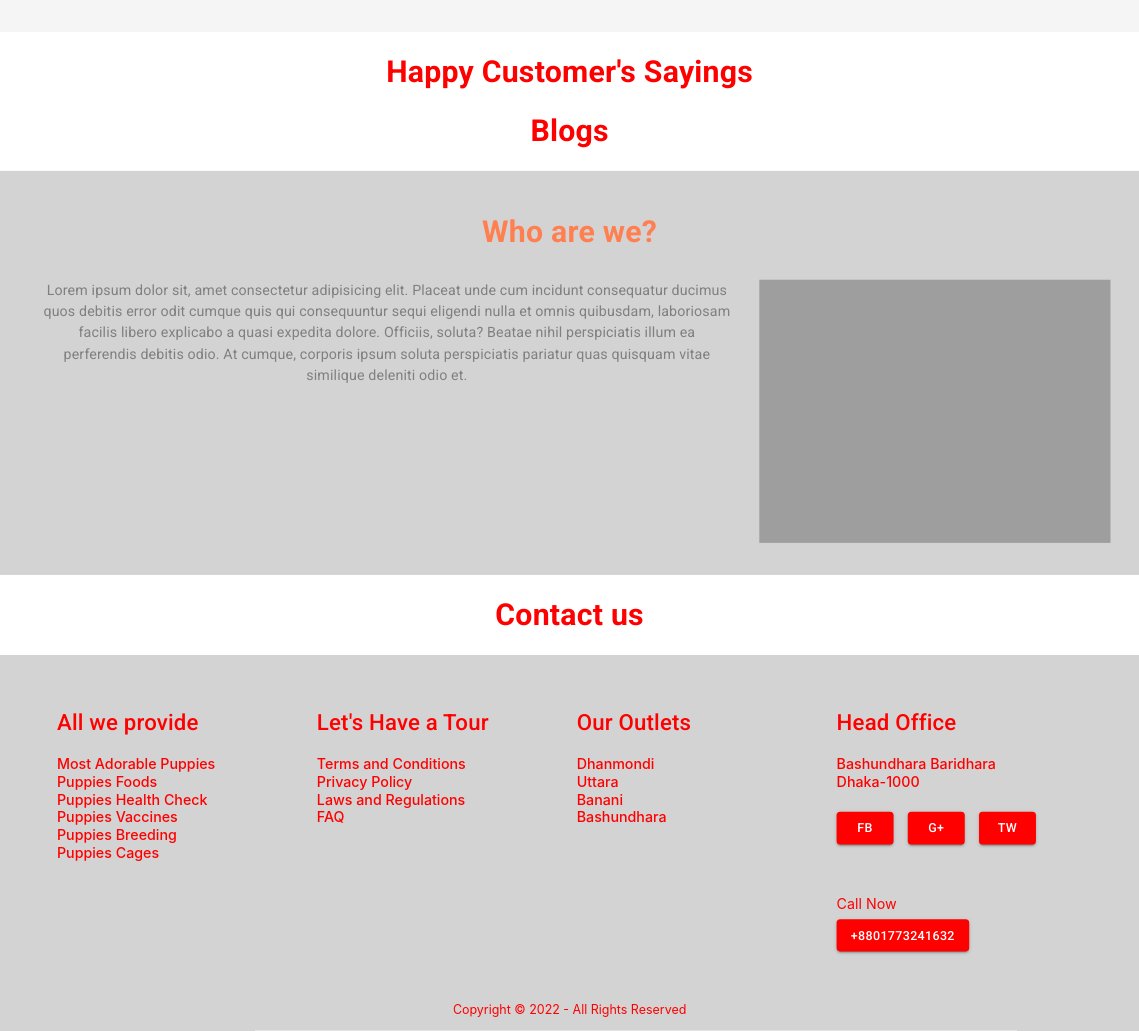
Repository: Sharif-00112/dogos-paradise-client
Page: /
These files come from the project's save history. The page is drawn as it stood at one moment and after the next save; the edit follows.
The browser window is 1280 px wide. The pictures show the part of the page from y = 1582 to 2740 px (the page is 2740 px tall), at 89% of full size.
Pictures or frames that could not be fetched are drawn as grey boxes. The page's requests for data from a server got no answer. The project was rebuilt for these pictures with package versions that can differ from the ones it lists, and the page was loaded fresh each time. No one was signed in, and anything a server would have sent is missing. Also part of the build but not shown: src/Pages/Home/Dog/Dog.js, src/Pages/Login/Login/Login.js, src/Pages/Login/Register/Register.js, src/Pages/NotFound/NotFound.js.

Above is the page before, as saved 2022-12-05 22:35:43.

### public/index.html
<!DOCTYPE html>
<html lang="en">
  <head>
    <meta charset="utf-8" />
    <link rel="icon" href="%PUBLIC_URL%/favicon.ico" />
    <meta name="viewport" content="width=device-width, initial-scale=1" />
    <meta name="theme-color" content="#000000" />
    <meta
      name="description"
      content="Web site created using create-react-app"
    />
    <link
      rel="stylesheet" href="https://fonts.googleapis.com/css?family=Roboto:300,400,500,700&display=swap"
    />

    <link rel="apple-touch-icon" href="%PUBLIC_URL%/logo192.png" />
    <!--
      manifest.json provides metadata used when your web app is installed on a
      user's mobile device or desktop. See https://developers.google.com/web/fundamentals/web-app-manifest/
    -->
    <link rel="manifest" href="%PUBLIC_URL%/manifest.json" />
    <!--
      Notice the use of %PUBLIC_URL% in the tags above.
      It will be replaced with the URL of the `public` folder during the build.
      Only files inside the `public` folder can be referenced from the HTML.

      Unlike "/favicon.ico" or "favicon.ico", "%PUBLIC_URL%/favicon.ico" will
      work correctly both with client-side routing and a non-root public URL.
      Learn how to configure a non-root public URL by running `npm run build`.
    -->
    <title>React App</title>
  </head>
  <body>
    <noscript>You need to enable JavaScript to run this app.</noscript>
    <div id="root"></div>
    <!--
      This HTML file is a template.
      If you open it directly in the browser, you will see an empty page.

      You can add webfonts, meta tags, or analytics to this file.
      The build step will place the bundled scripts into the <body> tag.

      To begin the development, run `npm start` or `yarn start`.
      To create a production bundle, use `npm run build` or `yarn build`.
    -->
  </body>
</html>

### src/App.js
import React  from 'react';
import './App.css';
import { BrowserRouter as Router, Route, Routes} from 'react-router-dom';
import Home from './Pages/Home/Home/Home';
import Login from './Pages/Login/Login/Login';
import Register from './Pages/Login/Register/Register';
import AuthProvider from './contexts/AuthProvider/AuthProvider';
// import PrivateRoute from './Pages/Login/PrivateRoute/PrivateRoute';
import NotFound from './Pages/NotFound/NotFound';
import Contact from './Pages/Home/Contact/Contact';
import Story from './Pages/Home/Story/Story';
import CustomerReviews from './Pages/Home/CustomerReviews/CustomerReviews';
import Blogs from './Pages/Home/Blogs/Blogs';
import About from './Pages/Home/About/About';
import Dogs from './Pages/Home/Dogs/Dogs';
// import Footer from './Pages/Shared/Footer/Footer';
// import Dashboard from './Pages/Dashboard/Dashboard/Dashboard';

function App() {
  return (
    <div className="App">
      <AuthProvider>
        <Router>
          <Routes>
            <Route exact path = '/' element={<Home/>}/>
            <Route exact path = '/home' element={<Home/>}/>
            <Route exact path = '/login' element={<Login/>}/>
            <Route exact path = '/register' element={<Register/>}/>
            <Route exact path = '/contact' element={<Contact/>}/>
            <Route exact path = '/dogs' element={<Dogs/>}/>
            <Route exact path = '/story' element={<Story/>}/>
            <Route exact path = '/reviews' element={<CustomerReviews/>}/>
            <Route exact path = '/blogs' element={<Blogs/>}/>
            <Route exact path = '/about' element={<About/>}/>
            {/* <Route exact path = '/appointment' element = {
              <PrivateRoute>
                <Appointment></Appointment>
              </PrivateRoute>
            }> </Route> */}
            {/* <Route path = 'dashboard/*' element = {
              <PrivateRoute>
                <Dashboard></Dashboard>
              </PrivateRoute>
            }> </Route> */}
            <Route path = '*' element={<NotFound/>}/>
          </Routes>
          {/* <Footer></Footer> */}
        </Router>
      </AuthProvider>
    </div>
  );
}

export default App;

### src/Pages/Home/Home/Home.js
import React from 'react';
import Footer from '../../Shared/Footer/Footer';
import Navigation from '../../Shared/Navigation/Navigation';
import About from '../About/About';
import Banner from '../Banner/Banner';
import Blogs from '../Blogs/Blogs';
import Contact from '../Contact/Contact';
import CustomerReviews from '../CustomerReviews/CustomerReviews';
import Dogs from '../Dogs/Dogs';
import Story from '../Story/Story';

const Home = () => {
    return (
        <div>
            <Navigation></Navigation>
            <Banner></Banner>
            <Dogs></Dogs>
            <Story></Story>
            <CustomerReviews></CustomerReviews>
            <Blogs></Blogs>
            <About></About>
            <Contact></Contact>
            <Footer></Footer>
        </div>
    );
};

export default Home;

### src/contexts/AuthProvider/AuthProvider.js
import React from 'react';
import { createContext } from 'react';
import useFirebase from '../../hooks/useFirebase';

//step-1-context
export const AuthContext = createContext();

const AuthProvider = (props) => {
    //step-3-context
    const {children} = props;

    //step-5-context
    const allContexts = useFirebase();

    return (
        //step-2-context
        <AuthContext.Provider value={allContexts}>
            {children}
        </AuthContext.Provider>
    );
};

export default AuthProvider;

### src/Pages/Home/Contact/Contact.js
import React from 'react';
import { Typography } from '@mui/material';

const Contact = () => {
    return (
        <div>
            <Typography sx={{ m: 3, color: 'red', fontWeight: 600 }} variant="h4" component="div">
                Contact us
            </Typography>
        </div>
    );
};

export default Contact;

### src/Pages/Home/Story/Story.js
import React from 'react';
import { Typography } from '@mui/material';
import Box from '@mui/material/Box';
import Grid from '@mui/material/Unstable_Grid2';


const Story = () => {
    return (
        <Box sx={{backgroundColor:"whitesmoke", p:4}}>
            <Typography sx={{ mt: 2, mb:4, color: 'gray', fontWeight: 600 }} variant="h4" component="div">
                Our Story
            </Typography>
            <Box sx={{ flexGrow: 1 }}>
                <Grid container spacing={2}>
                    <Grid xs={6} md={4}>
                        <img style={{ width: '100%'}} src="https://i.ibb.co/M8w31YS/dog-story.jpg" alt="dog-story" />
                    </Grid>
                    <Grid xs={6} md={8}>
                        <Typography sx={{ mx: 2, color: 'gray', fontWeight: 400 }} variant="body1" component="div">
                            Lorem ipsum dolor sit, amet consectetur adipisicing elit. Placeat unde cum incidunt consequatur ducimus quos debitis error odit cumque quis qui consequuntur sequi eligendi nulla et omnis quibusdam, laboriosam facilis libero explicabo a quasi expedita dolore. Officiis, soluta? Beatae nihil perspiciatis illum ea perferendis debitis odio. At cumque, corporis ipsum soluta perspiciatis pariatur quas quisquam vitae similique deleniti odio et.
                        </Typography>
                    </Grid>
                </Grid>
            </Box>
        </Box>
    );
};

export default Story;

### src/Pages/Home/CustomerReviews/CustomerReviews.js
import React from 'react';
import { Typography } from '@mui/material';


const CustomerReviews = () => {
    return (
        <div>
            <Typography sx={{ m: 3, color: 'red', fontWeight: 600 }} variant="h4" component="div">
                Happy Customer's Sayings
            </Typography>
        </div>
    );
};

export default CustomerReviews;

### src/Pages/Home/Blogs/Blogs.js
import React from 'react';
import { Typography } from '@mui/material';


const Blogs = () => {
    return (
        <div>
            <Typography sx={{ m: 3, color: 'red', fontWeight: 600 }} variant="h4" component="div">
                Blogs
            </Typography>
        </div>
    );
};

export default Blogs;

### src/Pages/Home/About/About.js
import React from 'react';
import { Typography } from '@mui/material';
import Box from '@mui/material/Box';
import Grid from '@mui/material/Unstable_Grid2';

const About = () => {
    return (
        <Box sx={{backgroundColor:"lightgray", p:4}}>
        <Typography sx={{ mt: 2, mb:4, color: 'coral', fontWeight: 600 }} variant="h4" component="div">
            Who are we?
        </Typography>
        <Box sx={{ flexGrow: 1 }}>
            <Grid container spacing={2}>
                <Grid xs={6} md={8}>
                    <Typography sx={{ mx: 2, color: 'gray', fontWeight: 400 }} variant="body1" component="div">
                        Lorem ipsum dolor sit, amet consectetur adipisicing elit. Placeat unde cum incidunt consequatur ducimus quos debitis error odit cumque quis qui consequuntur sequi eligendi nulla et omnis quibusdam, laboriosam facilis libero explicabo a quasi expedita dolore. Officiis, soluta? Beatae nihil perspiciatis illum ea perferendis debitis odio. At cumque, corporis ipsum soluta perspiciatis pariatur quas quisquam vitae similique deleniti odio et.
                    </Typography>
                </Grid>
                <Grid xs={6} md={4}>
                    <img style={{ width: '100%'}} src="https://i.ibb.co/c2xbHpP/dog-about.jpg" alt="dog-story" />
                </Grid>
            </Grid>
        </Box>
    </Box>
    );
};

export default About;

### src/Pages/Home/Dogs/Dogs.js
import React, { useEffect, useState } from 'react';
import Box from '@mui/material/Box';
import Grid from '@mui/material/Unstable_Grid2';
import Typography from '@mui/material/Typography';
import { Container } from '@mui/material';
import Dog from '../Dog/Dog';

// const dogs = [
//     {
//         title: "Siberian Husky",
//         age: '13',
//         breed: 'Mixed',
//         image: 'https://i.ibb.co/VV1yxdy/dog-1.jpg',
//         price: 700,
//         description: 'Lorem ipsum dolor sit amet, consectetur adipisicing elit. Quo, magni ab. Sed aut nesciunt neque laudantium culpa sit? Possimus, id.'
//     },
//     {
//         title: "German Shepherd",
//         age: '8',
//         breed: 'Mixed',
//         image: 'https://i.ibb.co/tZcvfCd/dog-2.jpg',
//         price: 700,
//         description: 'Lorem ipsum dolor sit amet, consectetur adipisicing elit. Quo, magni ab. Sed aut nesciunt neque laudantium culpa sit? Possimus, id.'
//     },
//     {
//         title: "Golden Retriever",
//         age: '5',
//         breed: 'Mixed',
//         image: 'https://i.ibb.co/YPHDzsb/dog-3.jpg',
//         price: 700,
//         description: 'Lorem ipsum dolor sit amet, consectetur adipisicing elit. Quo, magni ab. Sed aut nesciunt neque laudantium culpa sit? Possimus, id.'
//     },
//     {
//         title: "Bulldog",
//         age: '6',
//         breed: 'Mixed',
//         image: 'https://i.ibb.co/bjty4nS/dog-4.jpg',
//         price: 700,
//         description: 'Lorem ipsum dolor sit amet, consectetur adipisicing elit. Quo, magni ab. Sed aut nesciunt neque laudantium culpa sit? Possimus, id.'
//     },
//     {
//         title: "Irish Setter",
//         age: '9',
//         breed: 'Mixed',
//         image: 'https://i.ibb.co/QPSnF0t/dog-5.jpg',
//         price: 700,
//         description: 'Lorem ipsum dolor sit amet, consectetur adipisicing elit. Quo, magni ab. Sed aut nesciunt neque laudantium culpa sit? Possimus, id.'
//     },
//     {
//         title: "Brussels Griffon",
//         age: '4',
//         breed: 'Mixed',
//         image: 'https://i.ibb.co/z5kJHB2/dog-6.jpg',
//         price: 700,
//         description: 'Lorem ipsum dolor sit amet, consectetur adipisicing elit. Quo, magni ab. Sed aut nesciunt neque laudantium culpa sit? Possimus, id.'
//     },
//     {
//         title: "Newfoundland",
//         age: '15',
//         breed: 'Mixed',
//         image: 'https://i.ibb.co/mD4CtfC/dog-7.jpg',
//         price: 700,
//         description: 'Lorem ipsum dolor sit amet, consectetur adipisicing elit. Quo, magni ab. Sed aut nesciunt neque laudantium culpa sit? Possimus, id.'
//     },
//     {
//         title: "French Bulldog",
//         age: '7',
//         breed: 'Mixed',
//         image: 'https://i.ibb.co/PCQT44S/dog-8.jpg',
//         price: 700,
//         description: 'Lorem ipsum dolor sit amet, consectetur adipisicing elit. Quo, magni ab. Sed aut nesciunt neque laudantium culpa sit? Possimus, id.'
//     },
//     {
//         title: "Beagle",
//         age: '12',
//         breed: 'Mixed',
//         image: 'https://i.ibb.co/XLvC5BW/dog-9.jpg',
//         price: 700,
//         description: 'Lorem ipsum dolor sit amet, consectetur adipisicing elit. Quo, magni ab. Sed aut nesciunt neque laudantium culpa sit? Possimus, id.'
//     },
//     {
//         title: "Poodle",
//         age: '15',
//         breed: 'Mixed',
//         image: 'https://i.ibb.co/rxMv41c/dog-10.jpg',
//         price: 700,
//         description: 'Lorem ipsum dolor sit amet, consectetur adipisicing elit. Quo, magni ab. Sed aut nesciunt neque laudantium culpa sit? Possimus, id.'
//     }
// ]

const Dogs = () => {
    const [dogs, setDogs] = useState([]);

    useEffect(() => {
        fetch('http://localhost:3005/dogs')
        .then(res => res.json())
        .then(data => setDogs(data))
    }, []);

    return (
        <div>
            <Box sx={{ flexGrow: 1, backgroundColor:"lightblue", py:4 }}>
                <Container>
                    <Typography sx={{ p:3, color: 'red', fontWeight: 600 }} variant="h4" component="div">
                        Dogs Waiting for you to adapt
                    </Typography>

                    <Grid container spacing={{ xs: 2, md: 3 }} columns={{ xs: 4, sm: 8, md: 12 }}>
                        {
                            dogs.map(dog => (
                                <Grid xs={2} sm={4} md={4} key={dog._id}>
                                    <Dog
                                        key= {dog._id}
                                        dog = {dog}
                                    ></Dog>
                                </Grid>
                            ))
                        }
                    </Grid>
                </Container>
            </Box>
        </div>
    );
};

export default Dogs;

### src/Pages/Home/Banner/Banner.js
import React from 'react';
import { Typography } from '@mui/material';

const Banner = () => {
    return (
        <div>
            {/* <Typography sx={{ m: 3, color: 'red', fontWeight: 600 }} variant="h4" component="div">
                Head Banner
            </Typography> */}
            <img style={{ width: '100%'}} src="https://i.ibb.co/Mnn0NX3/dog-cover-1.jpg" alt="dog-human playing" />
            <Typography sx={{ mt: -25, mb:8, color: 'red', fontWeight: 700 }} variant="h4" component="div">
                Dogs are not only pets;
                <br /> <br />
                They are "L O V E"
            </Typography>
        </div>
    );
};

export default Banner;

### src/hooks/useAuth.js
//step-6-context

import { useContext } from "react"
import { AuthContext } from "../../src/contexts/AuthProvider/AuthProvider"

const useAuth = () =>{
    return useContext(AuthContext);
}

export default useAuth;

### src/Pages/Login/Firebase/firebase.initialize.js
import { initializeApp } from "firebase/app";
import firebaseConfig from "./firebase.config";

const initializeAuthentication = () =>{
    initializeApp(firebaseConfig);
}

export default initializeAuthentication;

### src/Pages/Login/Firebase/firebase.config.js
// console.log(process.env);

const firebaseConfig = {
  apiKey: process.env.REACT_APP_FIREBASE_API_KEY,
  authDomain: process.env.REACT_APP_FIREBASE_AUTH_DOMAIN,
  projectId: process.env.REACT_APP_FIREBASE_PROJECT_ID,
  storageBucket: process.env.REACT_APP_FIREBASE_STORAGE_BUCKET,
  messagingSenderId: process.env.REACT_APP_FIREBASE_MESSAGING_SENDER_ID,
  appId: process.env.REACT_APP_FIREBASE_APP_ID,
  measurementId: process.env.REACT_APP_FIREBASE_MEASUREMENT_ID
};

export default firebaseConfig;

// .env.local
// REACT_APP_FIREBASE_API_KEY=AIzaSyCGaQ8G2l5KeOKX4bAJ7MC19oWW_2vnTNQ
// REACT_APP_FIREBASE_AUTH_DOMAIN=dogos-paradise.firebaseapp.com
// REACT_APP_FIREBASE_PROJECT_ID=dogos-paradise
// REACT_APP_FIREBASE_STORAGE_BUCKET=dogos-paradise.appspot.com
// REACT_APP_FIREBASE_MESSAGING_SENDER_ID=824394057307
// REACT_APP_FIREBASE_APP_ID=1:824394057307:web:727ac0c86627b9544a617e
// REACT_APP_FIREBASE_MEASUREMENT_ID=G-DL8JJ6MYSD

// const firebaseConfig = {
  // apiKey: "AIzaSyCGaQ8G2l5KeOKX4bAJ7MC19oWW_2vnTNQ",
  // authDomain: "dogos-paradise.firebaseapp.com",
  // projectId: "dogos-paradise",
  // storageBucket: "dogos-paradise.appspot.com",
  // messagingSenderId: "824394057307",
  // appId: "1:824394057307:web:727ac0c86627b9544a617e",
  // measurementId: "G-DL8JJ6MYSD"
// };

Loaded but not shown: src/index.js (common file); src/index.css (common file); src/reportWebVitals.js (common file); src/App.css (common file); src/Pages/Shared/Navigation/Navigation.js (229 lines, source omitted); src/hooks/useFirebase.js (273 lines, source omitted); src/Pages/Shared/Footer/Footer.js (156 lines, source omitted)

After the next save:
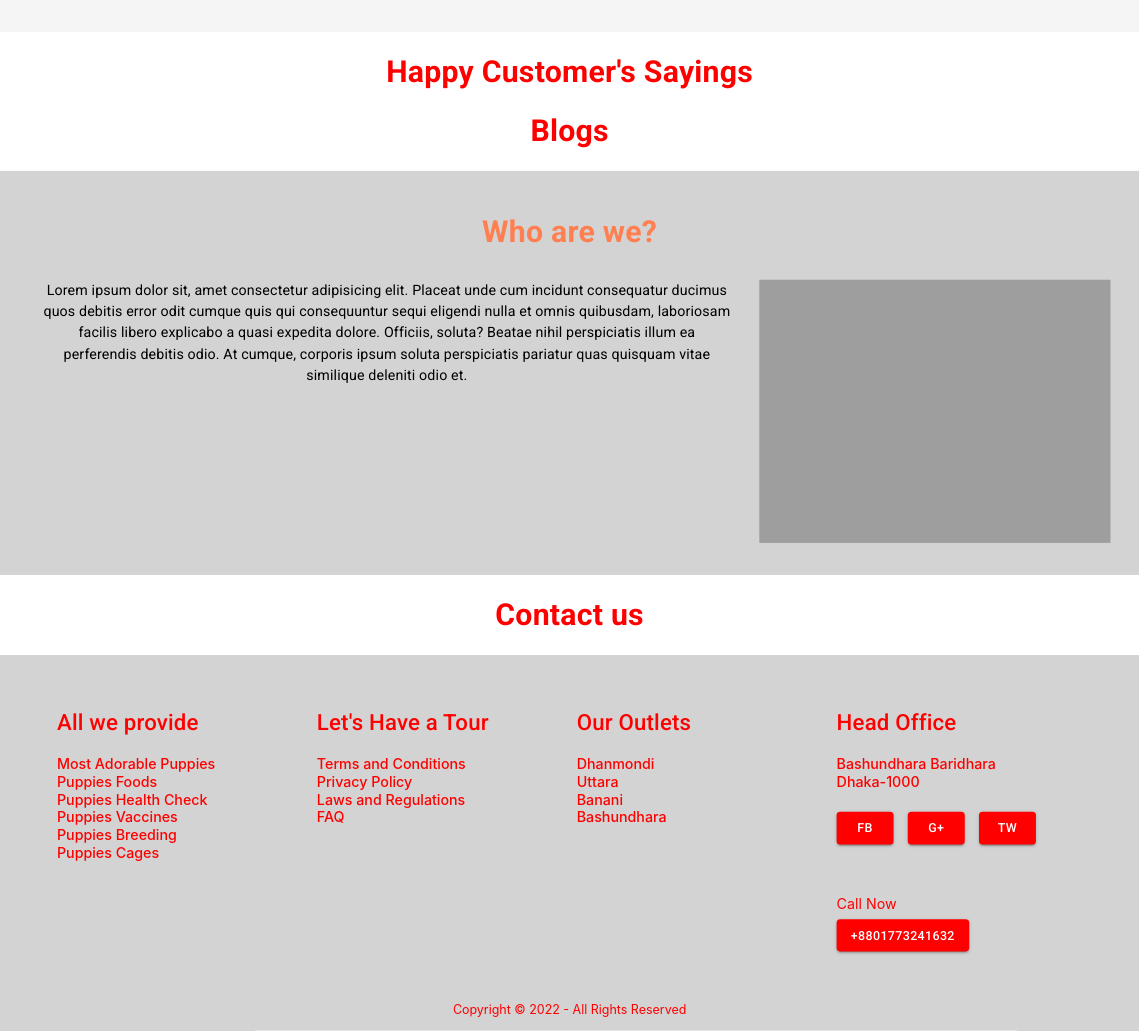
Saved 23 s later.
--- a/src/Pages/Home/About/About.js
+++ b/src/Pages/Home/About/About.js
@@ -12,7 +12,7 @@ const About = () => {
         <Box sx={{ flexGrow: 1 }}>
             <Grid container spacing={2}>
                 <Grid xs={6} md={8}>
-                    <Typography sx={{ mx: 2, color: 'gray', fontWeight: 400 }} variant="body1" component="div">
+                    <Typography sx={{ mx: 2, color: 'black', fontWeight: 400 }} variant="body1" component="div">
                         Lorem ipsum dolor sit, amet consectetur adipisicing elit. Placeat unde cum incidunt consequatur ducimus quos debitis error odit cumque quis qui consequuntur sequi eligendi nulla et omnis quibusdam, laboriosam facilis libero explicabo a quasi expedita dolore. Officiis, soluta? Beatae nihil perspiciatis illum ea perferendis debitis odio. At cumque, corporis ipsum soluta perspiciatis pariatur quas quisquam vitae similique deleniti odio et.
                     </Typography>
                 </Grid>
